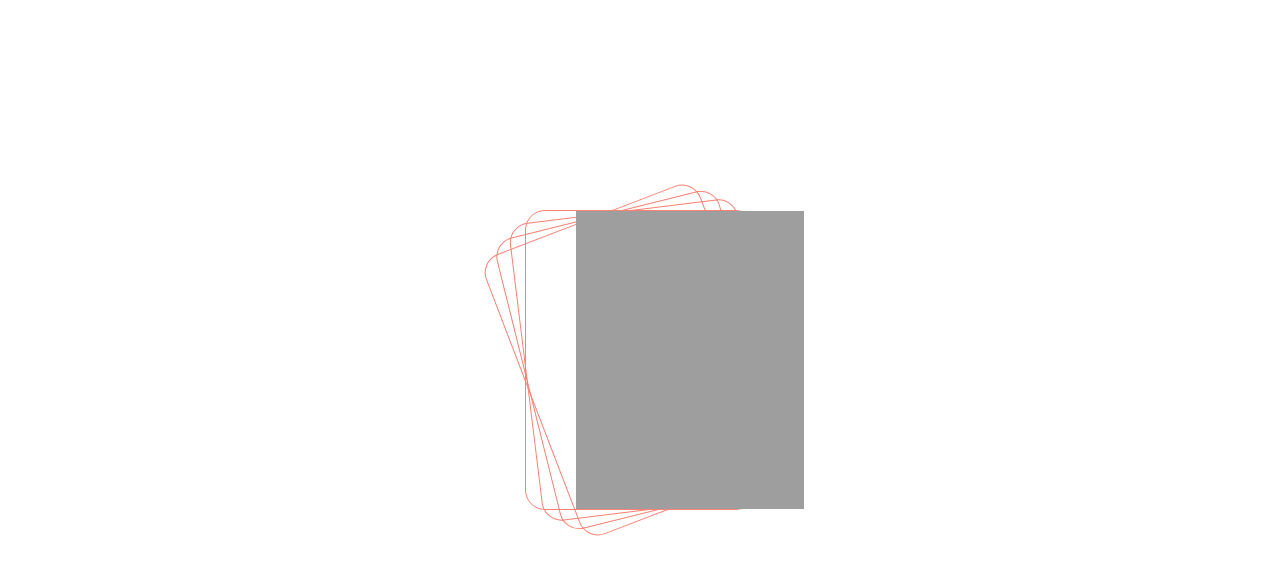
Repository: Chiranshukapil/html_css
Page: cards/index.html
An editor plug-in stored every save of this project. The page is shown before and after the next save, followed by the edit.
The browser window is 1280 px wide. The pictures show the whole page.
Pictures or frames that could not be fetched are drawn as grey boxes.

Above is the page before, as saved 2024-06-09 00:26:08.

After the next save:
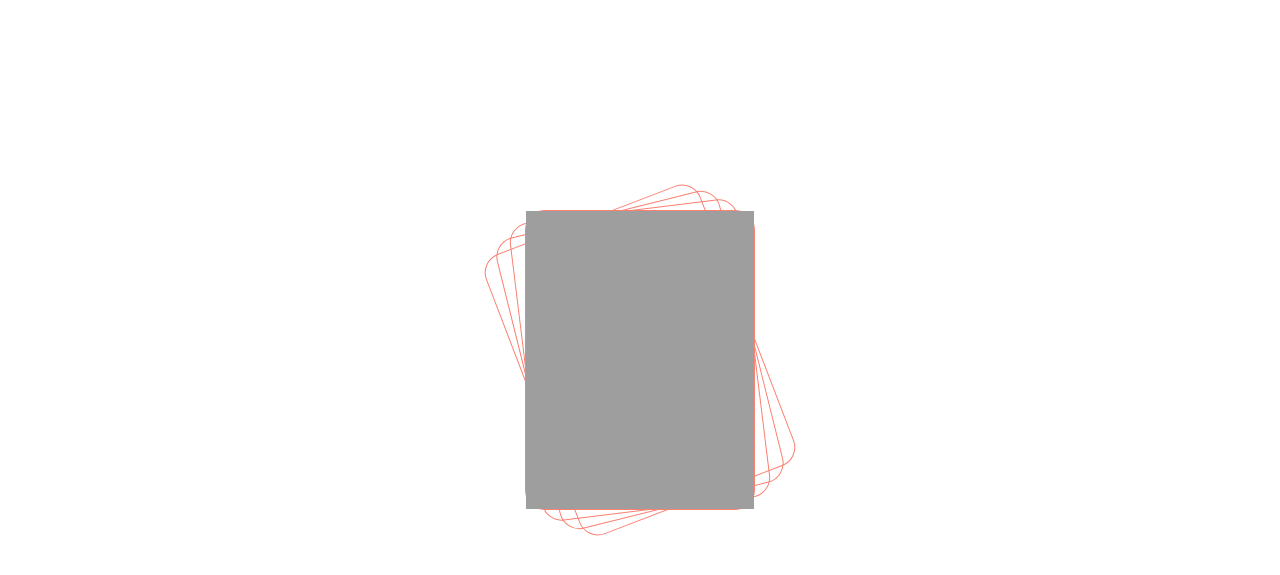
Saved 6 s later.
--- a/cards/style.css
+++ b/cards/style.css
@@ -54,5 +54,5 @@ img{
     width: 100%;
     height: 100%;
     object-fit: cover;
-    margin-left: 50px;
+
 }
